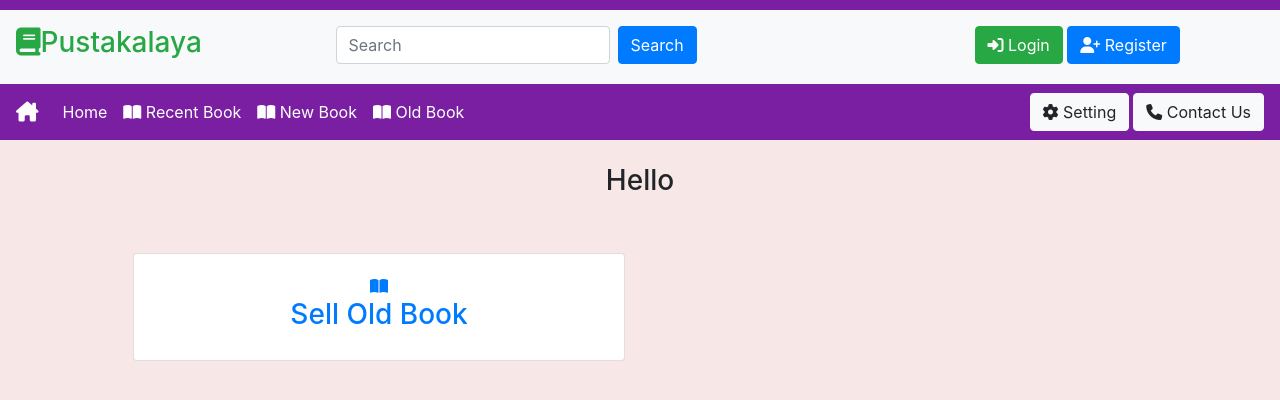
Repository: kalaprabhakar/Pustakalay_Web_Application
Page: http://localhost/E_Book_Management/setting.jsp
The author's editor kept a copy of each file at every save. The page is drawn from the files as they stood at one save, then again after the next save.
The browser window is 1280 px wide. The pictures show the whole page.
Some web libraries are served in a nearby version. The page is served by Tomcat 10. Other server files are loaded and not shown.

Above is the page before, as saved 2024-02-28 13:37:41.

### E_Book_Management/src/main/webapp/setting.jsp
<%@ page language="java" contentType="text/html; charset=ISO-8859-1"
	pageEncoding="ISO-8859-1"%>
<!DOCTYPE html>
<html>
<head>
<meta charset="ISO-8859-1">
<title>Setting Page</title>
<%@ include file="all_component/allcss.jsp"%>
</head>
<body style="background-color: #f7e7e6">
	<%@ include file="all_component/navbar.jsp"%>
	<div class="container py-4 text-center">
		<h3>Hello ${userobj.name }</h3>
		<div class="row p-5">

			<div class="col-md-6">

				<a href="#">
					<div class="card">
						<div class="card-body text-center">
							<i class="fa-solid fa-book-open"></i>
							<h3>Sell Old Book</h3>
						</div>
					</div>

				</a>


			</div>

		</div>

	</div>


</body>
</html>

### E_Book_Management/src/main/webapp/all_component/allcss.jsp
<link rel="stylesheet"
	href="https://cdn.jsdelivr.net/npm/bootstrap@4.0.0/dist/css/bootstrap.min.css"
	integrity="sha384-Gn5384xqQ1aoWXA+058RXPxPg6fy4IWvTNh0E263XmFcJlSAwiGgFAW/dAiS6JXm"
	crossorigin="anonymous">

<script src="https://code.jquery.com/jquery-3.2.1.slim.min.js"
	integrity="sha384-KJ3o2DKtIkvYIK3UENzmM7KCkRr/rE9/Qpg6aAZGJwFDMVNA/GpGFF93hXpG5KkN"
	crossorigin="anonymous"></script>
<script
	src="https://cdn.jsdelivr.net/npm/popper.js@1.12.9/dist/umd/popper.min.js"
	integrity="sha384-ApNbgh9B+Y1QKtv3Rn7W3mgPxhU9K/ScQsAP7hUibX39j7fakFPskvXusvfa0b4Q"
	crossorigin="anonymous"></script>
<script
	src="https://cdn.jsdelivr.net/npm/bootstrap@4.0.0/dist/js/bootstrap.min.js"
	integrity="sha384-JZR6Spejh4U02d8jOt6vLEHfe/JQGiRRSQQxSfFWpi1MquVdAyjUar5+76PVCmYl"
	crossorigin="anonymous"></script>
<link rel="stylesheet"
	href="https://cdnjs.cloudflare.com/ajax/libs/font-awesome/6.5.1/css/all.min.css"
	integrity="sha512-DTOQO9RWCH3ppGqcWaEA1BIZOC6xxalwEsw9c2QQeAIftl+Vegovlnee1c9QX4TctnWMn13TZye+giMm8e2LwA=="
	crossorigin="anonymous" referrerpolicy="no-referrer" />

	<link  rel="stylesheet" href="all_component/style.css"/>

### E_Book_Management/src/main/webapp/all_component/navbar.jsp
<%@ taglib prefix="c" uri="http://java.sun.com/jsp/jstl/core"%>
<%@ page isELIgnored="false" %>

<div class="container-fluid" style="height : 10px ; background-color:  #7B1FA2 "></div>

<div class="container-fluid p-3 bg-light">
 <div class="row">
     <div class="col-md-3 text-success">
        <h3 > <i class="fa-solid fa-book"></i>Pustakalaya</h3>
     </div>
    <div class="col-md-6">
       <form class="form-inline my-2 my-lg-0">
      <input class="form-control mr-sm-2" type="search" placeholder="Search" aria-label="Search">
      <button class="btn btn-primary my-2 my-sm-0" type="submit">Search</button>
    </form>

    </div>
    <c:if test="${not empty userobj }">
    <div class="col-md-3">

    <a href="checkout.jsp" class="btn btn-ligh"><i class="fa-solid fa-cart-shopping  "></i></a>

      <a href="" class="btn btn-success"><i class="fa-solid fa-user-plus"></i>${userobj.name }</a>
      <a href="logout" class="btn btn-primary"><i class="fa-solid fa-right-to-bracket"></i> Logout</a>

    </div>

    </c:if>

    <c:if test="${ empty userobj }">
    <div class="col-md-3">
      <a href="login.jsp" class="btn btn-success"><i class="fa-solid fa-right-to-bracket"></i> Login</a>
      <a href="register.jsp" class="btn btn-primary"><i class="fa-solid fa-user-plus"></i> Register</a>

    </div>

    </c:if>

 </div>


</div>

<nav class="navbar navbar-expand-lg navbar-dark bg-custom">
  <a class="navbar-brand" href="#"><i class="fa-solid fa-house-chimney"></i></a>
  <button class="navbar-toggler" type="button" data-toggle="collapse" data-target="#navbarSupportedContent" aria-controls="navbarSupportedContent" aria-expanded="false" aria-label="Toggle navigation">
    <span class="navbar-toggler-icon"></span>
  </button>

  <div class="collapse navbar-collapse" id="navbarSupportedContent">
    <ul class="navbar-nav mr-auto">
      <li class="nav-item active">
        <a class="nav-link" href="index.jsp">Home <span class="sr-only">(current)</span></a>
      </li>
      <li class="nav-item active">
        <a class="nav-link" href="all_recent_book.jsp"> <i class="fa-solid fa-book-open"></i> Recent Book</a>
      </li>
      <li class="nav-item active">
        <a class="nav-link" href="all_new_book.jsp"> <i class="fa-solid fa-book-open"></i> New Book</a>
      </li>

      </li>
      <li class="nav-item active">
        <a class="nav-link disabled" href="all_old_book.jsp"> <i class="fa-solid fa-book-open"></i> Old Book</a>
      </li>
    </ul>
    <form class="form-inline my-2 my-lg-0">
      <a href="setting.jsp" class="btn btn-light my-2 my-sm-0" type="submit"><i class="fa-solid fa-gear"></i> Setting</a>
      <button class="btn btn-light my-2 my-sm-0 ml-1" type="submit"><i class="fa-solid fa-phone"></i> Contact Us</button>
    </form>
  </div>
</nav>

### E_Book_Management/src/main/webapp/all_component/style.css
.bg-custom {
	background-color : #7B1FA2 ;
}

.navbar .nav-item:hover .nav-link{

	background-color: white;
	color : black;
	border-radius : 20px ;
}

After the next save:
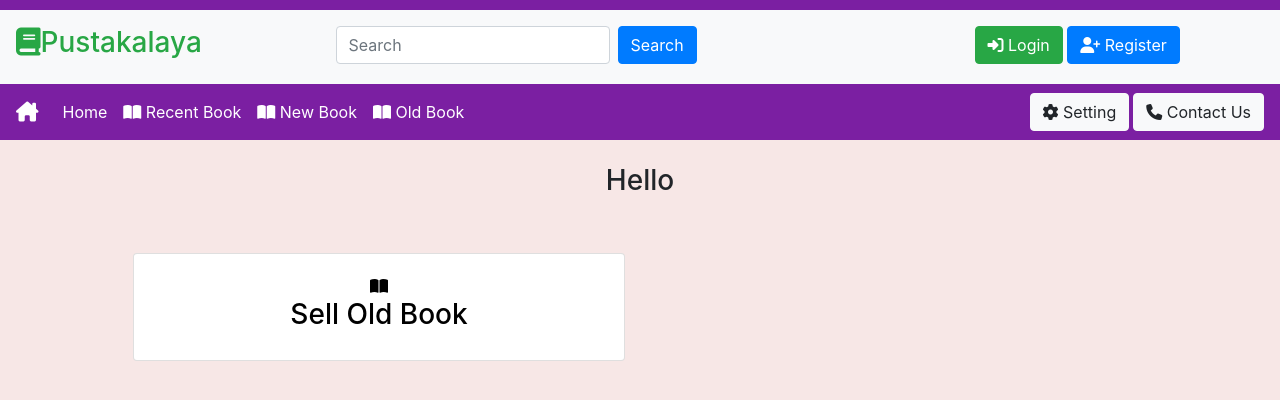
Saved 79 s later.
--- a/E_Book_Management/src/main/webapp/setting.jsp
+++ b/E_Book_Management/src/main/webapp/setting.jsp
@@ -6,6 +6,20 @@
 <meta charset="ISO-8859-1">
 <title>Setting Page</title>
 <%@ include file="all_component/allcss.jsp"%>
+
+<style type="text/css">
+a{
+
+  text-decoration: none;
+  color: black;
+
+}
+
+a:hover {
+	text-decoration: none;
+}
+
+</style>
 </head>
 <body style="background-color: #f7e7e6">
 	<%@ include file="all_component/navbar.jsp"%>
